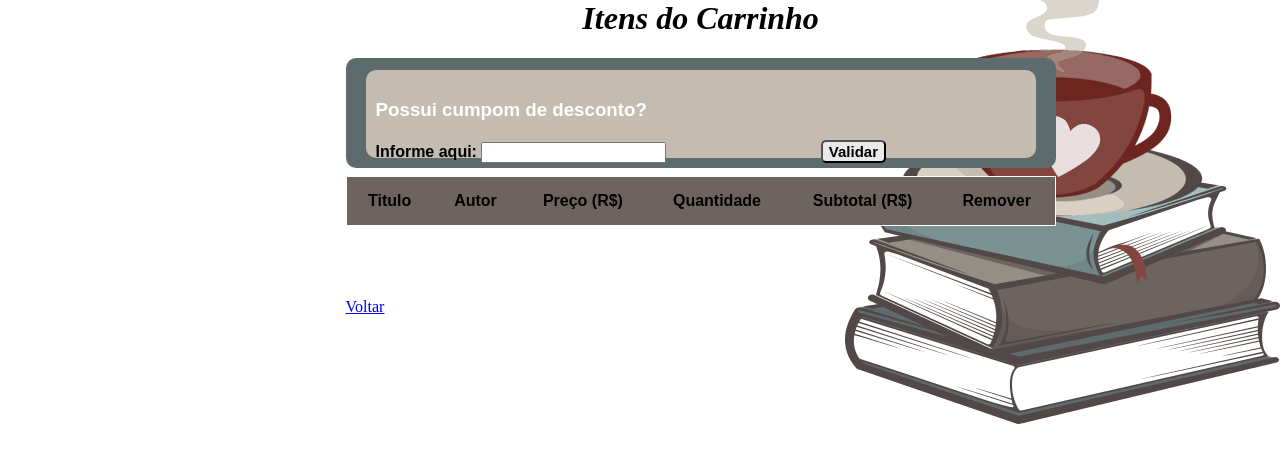
Repository: gabriellacrystina/ProjetoTegra
Page: http://localhost/book-store/meuCarrinho.jsp
These files come from the project's save history. The page is drawn as it stood at one moment and after the next save; the edit follows.
The browser window is 1280 px wide. The pictures show the whole page.
The page is served by Tomcat 9. Nobody is signed in. The application's start-up code is not run. Other server files are loaded and not shown. The template is opened directly, without the code that normally fills it, so the values that code supplies are empty.

Above is the page before, as saved 2016-07-07 19:29:35.

### book-store/WebContent/meuCarrinho.jsp
<%@ page language="java" contentType="text/html; charset=ISO-8859-1"
    pageEncoding="ISO-8859-1"%>
<%@ page import="model.Item" %>
<%@ page import="java.util.ArrayList" %>
<%@ taglib uri="http://java.sun.com/jsp/jstl/core" prefix="c" %>

<!DOCTYPE html PUBLIC "-//W3C//DTD HTML 4.01 Transitional//EN" "http://www.w3.org/TR/html4/loose.dtd">
<html>
	<head>
		<meta http-equiv="Content-Type" content="text/html; charset=ISO-8859-1">
		<link rel="stylesheet" type="text/css" href="book-store-style.css">
		<title>Carrinho</title>
	</head>
	<body>
			<h1>Itens do Carrinho</h1>
			<div class="my-cart">
				<div class="carrinho">
					<div class="cupom">
						<h3>Possui cumpom de desconto?</h3>
						Informe aqui: <input type="text" maxlength="15">
						<button class="btn" type="submit">Validar</button>
					</div>
				</div>
			</div>
			<table id="tbl-books">
			  <tr>
			    <th>Titulo</th>
			    <th>Autor</th>
			    <th>Preço (R$)</th>
			    <th>Quantidade</th>
			    <th>Subtotal (R$)</th>
			    <th>Remover</th>
			  </tr>
		  		<c:forEach var="item" items="${listaItens}">
		  			<tr class="livros">
						<td class="nome-livro">${item.getProduto().getTitulo()}</td>
						<td class="nome-autor">${item.getProduto().getAutor()}</td>
						<td class="preco">${item.getProduto().getPreco()}</td>
						<td class="quantidade">${item.getQuantidade()}</td>
						<td class="subtotal">${item.getSubtotal()}</td>
						<td>
							<form action="MeuCarrinho" method="post">
								<input type="hidden" name="id-livro" value="${item.getProduto().getId()}"/>
								<button class="btn btn-comprar" type="submit">Remover</button>
							</form>
						</td>
					</tr>
		  		</c:forEach>
			</table>
			<br><br><br>

			<br><a href="index.jsp">Voltar</a>
	</body>
</html>

### book-store/WebContent/book-store-style.css
@CHARSET "ISO-8859-1";

body {
	background-image: url("img/back.png");
	background-repeat: no-repeat;
	background-position: right top;
	background-attachment: initial;
    width: 710px;
    margin-top: 0px;
    margin-left: 27%;
	margin-right: auto;
}

h1 {
	font-style: oblique;
	text-align: center;
    color: #000000;
    margin-top: 0px;
    font-family: cursive;
}

h2{
	text-align: center;
	font-family: cursive;
    font-size: -webkit-xxx-large;
    color: #5D6B6C;
}

h5{
	color: #000000;
	font-size: x-large;
}

h4{
	color: #1b1919;
	text-align: center;
    font-size: x-large;
    font-family: cursive;

}

#tbl-books {
	width: 100%;
	font-family: "Arial", "Helvetica", sans-serif;
	border: 1px solid #ffffff;
    border-collapse: collapse;
}

#tbl-books tr:nth-child(even){
	background-color: #FFFFFF
}

#tbl-books tr:nth-child(odd){
	background-color: #6D6460;
}

th, td {
    padding: 15px;
    text-align: center;
}


.nome-livro{
	text-align: left;
}

.my-cart{
	width: 100%;
	height: 110px;
	border-radius: 10px;
    padding: 12px 20px;
    margin: 8px 0;
    box-sizing: border-box;
	background-color: #5D6B6C;
	margin-left: auto;
	margin-right: auto;
}
.cart{
	float: right;
	background-color: #c4bcb0;
	border-radius: 10px;
	padding-left: 10px;
	padding-bottom: 5px;
	margin-left: auto;
	margin-right: auto;
}

.carrinho{
	background-color: #c4bcb0;
	height: 90%;
	text-align: left;
	border-radius: 10px;
	padding-top: 10px;
	padding-left: 10px;
	padding-right: 10px;
	font: small-caption;
    font-weight: 700;
}

#lbl-meu-carrinho{
	font-size: 20px;
	font-weight: bold;
}

.btn {
	font-family: "Arial", "Helvetica", sans-serif;
	border-radius: 5px;
	font-size: 15px;
	font-weight: bold;
	margin-left: 150px;
	margin-right: 5px;
	background-color: #e9e9e9;
}

.btn-comprar{
	margin-left: 10%;
}

.btn-validarCumpom{
	margin-left: 60%;
}

.btn-concluirCompra{
	float: right;
	margin-top: -10px;
	margin-left: 70%;
}
.it-carrinho{
	margin-right: 150px;
}

.img-desconto{
	background-image: url("img/desconto.jpg");
	width: 10%;
	top:5px;
	left:20px;
	position:absolute;
}

#img-descricao{
	color: #ffffff;
	font-size: 10px;
}

h3, p{
	color: #ffffff;
	font-family: "Arial", "Helvetica", serif;
}

.desconto{
	margin-top: 0px;
	background-color: #6D2520;
	width: 22%;
	height: 100%;
	left:35px;
	text-align: left;
	padding-top: 5%;
	padding-left: 15px;
	position:absolute;
}

#img-desconto{
	padding-top: 20%;
	width: 100%;

}
.titulo-livro{
	font-size: larger;
}

After the next save:
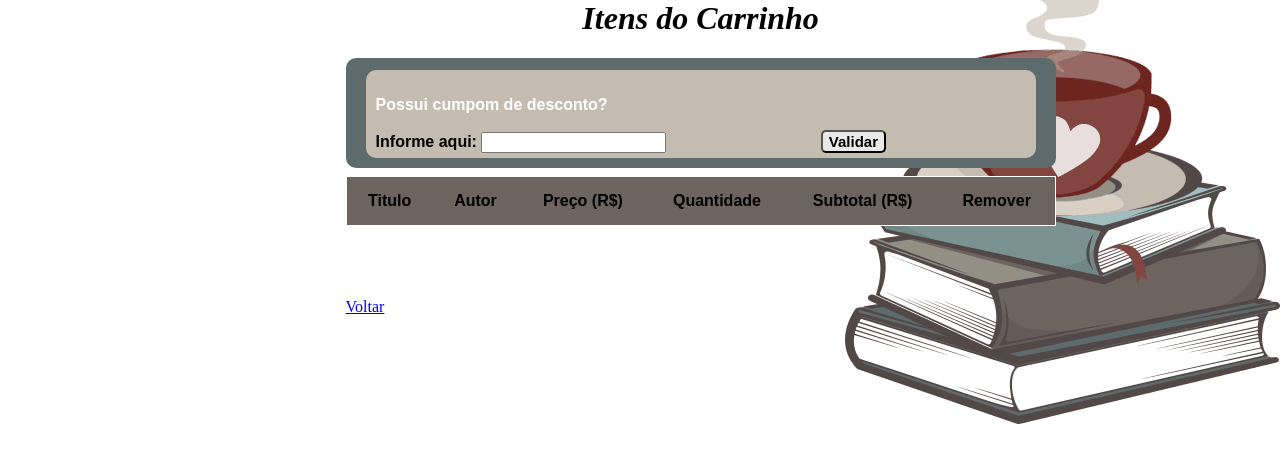
Saved 11 s later.
--- a/book-store/WebContent/meuCarrinho.jsp
+++ b/book-store/WebContent/meuCarrinho.jsp
@@ -16,7 +16,7 @@
 			<div class="my-cart">
 				<div class="carrinho">
 					<div class="cupom">
-						<h3>Possui cumpom de desconto?</h3>
+						<p>Possui cumpom de desconto?</p>
 						Informe aqui: <input type="text" maxlength="15">
 						<button class="btn" type="submit">Validar</button>
 					</div>
